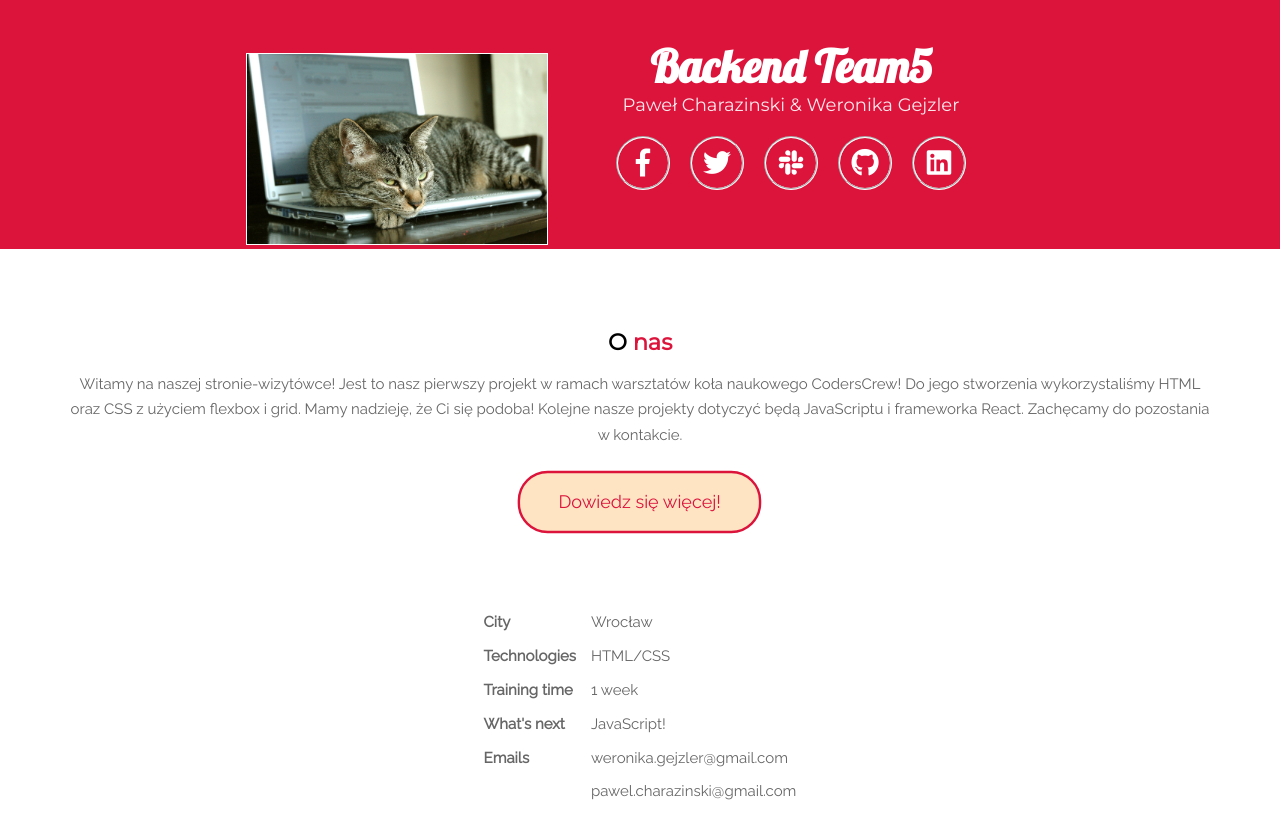
Repository: pietruszka/cc_proj1
Page: index.html
The author's editor kept a copy of each file at every save. The page is drawn from the files as they stood at one save, then again after the next save.
The browser window is 1280 px wide. The pictures show the whole page.
The pointer rests on the first visible `#button`.
Some web libraries are served in a nearby version.

Above is the page before, as saved 2018-11-18 20:31:01.

### index.html
<!DOCTYPE html>
<html lang="en">

<head>
    <meta charset="UTF-8">
    <meta name="viewport" content="width=device-width, initial-scale=1.0">
    <link rel="stylesheet" href="./style.css" />
    <link href="https://fonts.googleapis.com/css?family=Lobster" rel="stylesheet">
    <link href="https://use.fontawesome.com/releases/v5.0.8/css/all.css" rel="stylesheet">
    <link href="https://fonts.googleapis.com/css?family=Montserrat" rel="stylesheet">
    <link href="https://fonts.googleapis.com/css?family=Raleway" rel="stylesheet">
    <title>BackendTeam5</title>
</head>

<body>


        <div id="top">
            <div id="photo"><img id="photo1" src="people.jpg" alt=""></div>
            <div id="heading">


               <h1 id="heading1">Backend Team5</h1>
               <h2 id="heading2">Paweł Charazinski &amp; Weronika Gejzler</h2>
               <div class="nav">

                <div class="nav-item">
                    <a href="#" class="fab fa-facebook-f"></a>
                </div>
                <div class="nav-item">
                    <a href="#" class="fab fa-twitter"></a>
                </div>

                <div class="nav-item">
                    <a href="#" class="fab fa-slack"></a>
                </div>
                <div class="nav-item">
                    <a href="#" class="fab fa-github"></a>
                </div>
                <div class="nav-item">
                    <a href="#" class="fab fa-linkedin"></a>
                </div>
            </div>


            </div>

        </div>

        <div id="bottom">
            <div id="about">
<h1 id="h_about">O <span style="color:crimson">nas</span></h1>
<p id="p_about">Witamy na naszej stronie-wizytówce! Jest to nasz pierwszy projekt w ramach warsztatów koła naukowego CodersCrew! Do jego stworzenia wykorzystaliśmy HTML oraz CSS z użyciem flexbox i grid. Mamy nadzieję, że Ci się podoba! Kolejne nasze projekty dotyczyć będą JavaScriptu i frameworka React. Zachęcamy do pozostania w kontakcie.</p>
<div id="button">Dowiedz się więcej!</div>


            </div>
            <div id="details">
<table>
    <tr>
        <td class="table"><b>City</b></td>
        <td class="table">Wrocław</td>
    </tr>
    <tr>
        <td class="table"><b>Technologies</b></td>
        <td class="table">HTML/CSS</td>
    </tr>
    <tr>
        <td class="table"><b>Training time</b></td>
        <td class="table">1 week</td>
    </tr>
    <tr>
        <td class="table"><b>What's next</b></td>
        <td class="table">JavaScript!</td>
    </tr>
    <tr>
        <td class="table"><b>Emails</b></td>
        <td class="table">weronika.gejzler@gmail.com
        </td>
    </tr>
    <tr><td class="table"></td><td class="table">pawel.charazinski@gmail.com
        </td></tr>

</table>
</div>
        </div>


</div>
</body>

</html>

### style.css
body{
    margin: 0 0 1vw 0;
    font-size: 15px;


}
#top{
   display: flex;
   flex-direction: row;
   flex-wrap: wrap;
   align-items: center;
   justify-content: center;

    background-color: crimson;
    color: white;



}
#photo{
align-self: flex-end;


}
#photo1{
width: auto;
height: auto;
   max-width: 300px;
   max-height: 200px;
   border: 1px solid white;

}

#heading{

  padding: 3vw;

}

#heading1 {

    font-size: 3em;
    font-weight: 700;
        font-family: 'Lobster', cursive;
    text-align: center;
    margin:0;
   }
   #heading2 {

    font-size: 1.2em;
    font-weight: 100;
    font-family:  Montserrat;
    text-align: center;
    margin: 0%;
    opacity: 0.9;
    }

    a {
        color: white;
        text-decoration: none;

    }
    .nav {
        display: flex;
        justify-content: center;
        margin: 20px;
        flex-wrap: wrap;

    }

    .nav-item {

        animation: show 0.5s ease-in-out forwards;

        transition: all 0.3s ease-in-out;
        border-radius: 100%;
        border: groove 2px white;

        width: 50px;
        height: 50px;
        margin: 0 10px;
        display: flex;
        align-items: center;
        justify-content: center;

    }

    .nav-item:hover {
        cursor: pointer;

        opacity: 0.8;

    }

    .nav-item a:hover {

        opacity: 0.5;

    }

    .nav-item a {
        font-size: 28px;

    }

#bottom{
    display: flex;
    flex-direction: column;
    align-items: center;



}
#about{
   margin: 5vw;

   text-align: center;
}
#h_about{
   font-family:  Montserrat;
    font-style: Bold;
    font-size: 1.5em;

        line-height: 29px;

}
#p_about{
   color: #666666;
   Font-Family: Raleway;
Font-Style: Regular;

Line-Height: 1.7em;

}
#button{
    margin: 1vw;
    border: 2px solid crimson;
    border-radius: 25px;
    background-color: white;
    color: crimson;

    padding: 15px 32px;
    text-align: center;
    text-decoration: none;
    display: inline-block;

    Font-Family: Raleway;
}

#button:hover {
    cursor: pointer;
    background-color: bisque;
    transform: scale(1.2);

}


#details{

    color: #666666;
    Font-Family: Raleway;
 Font-Style: Regular;

 Line-Height: 19px;
 text-Align: Left;
 grid-area: details;
}
.table{
    padding: 0.5vw;
}

After the next save:
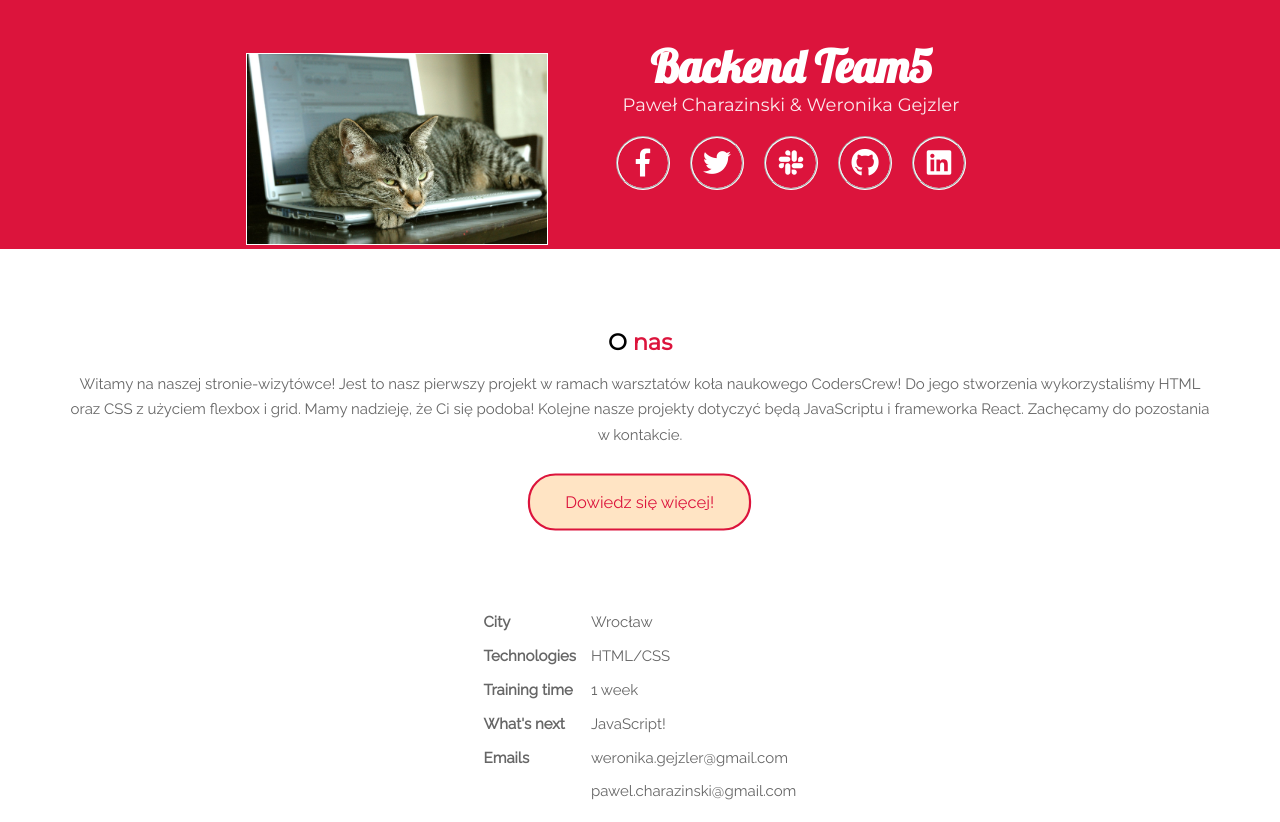
Saved 7 s later.
--- a/style.css
+++ b/style.css
@@ -150,7 +150,7 @@ Line-Height: 1.7em;
 #button:hover {
     cursor: pointer;
     background-color: bisque;
-    transform: scale(1.2);
+    transform: scale(1.1);
 
 }
 
